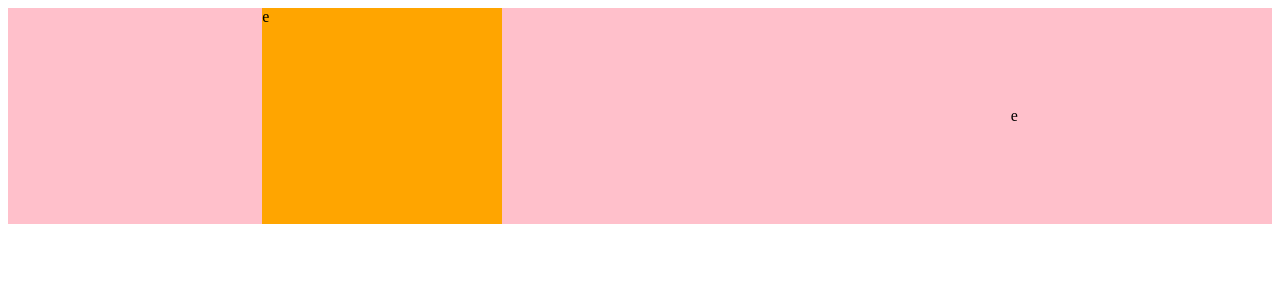
Repository: mel-in-a/vinted-front-clone
Page: html/offer.html
These files come from the project's save history. The page is drawn as it stood at one moment and after the next save; the edit follows.
The browser window is 1280 px wide. The pictures show the whole page.

Above is the page before, as saved 2021-07-29 16:19:28.

After the next save:
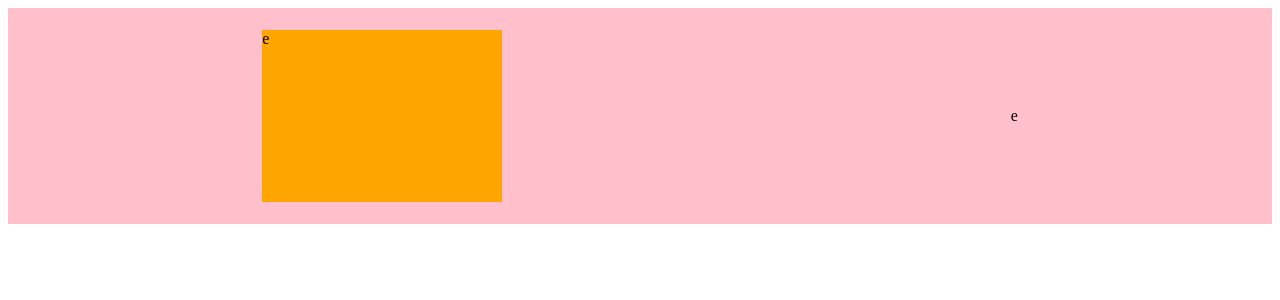
Saved 5 s later.
--- a/html/offer.css
+++ b/html/offer.css
@@ -12,5 +12,5 @@
   .left, .rigth {
     width: 15rem;
     background-color: orange;
-    height: 100%;
+    height: 80%;
   }
